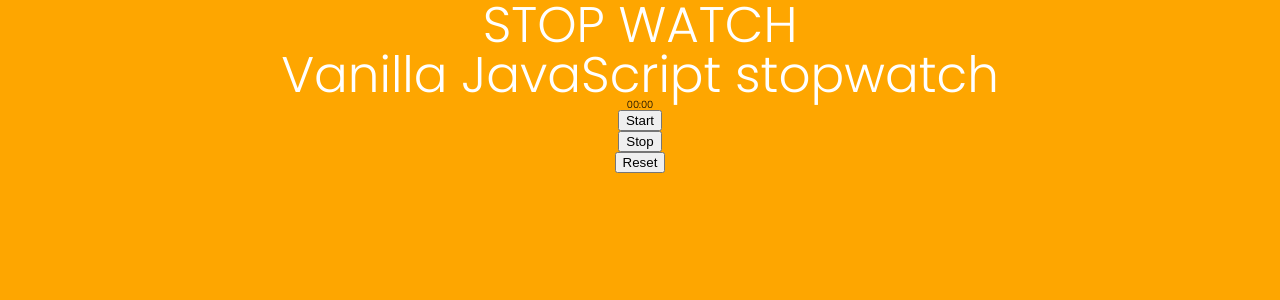
Repository: minhvtQA/stopwatch
Page: index.html
The author's editor kept a copy of each file at every save. The page is drawn from the files as they stood at one save, then again after the next save.
The browser window is 1280 px wide. The pictures show the whole page.

Above is the page before, as saved 2021-11-04 07:06:42.

### index.html
<!DOCTYPE html>
<html lang="en">
<head>
    <meta charset="UTF-8">
    <meta http-equiv="X-UA-Compatible" content="IE=edge">
    <meta name="viewport" content="width=device-width, initial-scale=1.0">
    <title>Document</title>

    <link rel="stylesheet" href="reset.css">
    <link rel="stylesheet" href="styles.css">
    <link href="https://fonts.googleapis.com/css2?family=Poppins:wght@100;300;700&display=swap" rel="stylesheet">
    <link rel="stylesheet" href="https://cdnjs.cloudflare.com/ajax/libs/font-awesome/6.0.0-beta2/css/all.min.css" integrity="sha512-YWzhKL2whUzgiheMoBFwW8CKV4qpHQAEuvilg9FAn5VJUDwKZZxkJNuGM4XkWuk94WCrrwslk8yWNGmY1EduTA==" crossorigin="anonymous" referrerpolicy="no-referrer" />
    <script src=""></script>
</head>
<body>
    <div class="wrapper">
        <h2>STOP WATCH</h2>
        <h2>Vanilla JavaScript stopwatch</h2>
        <p><span class="second">00</span>:<span class="tens">00</span></p>
        <button id="button-start">Start</button>
        <button id="button-stop">Stop</button>
        <button id="button-reset">Reset</button>
    </div>

</body>
</html>

### styles.css
html {
  font-size: 62.5%;
  font-family: "Poppins", sans-serif;
}

body {
  background-color: #fea600;
}

.wrapper {
  display: flex;
  flex-direction: column;
  align-items: center;
  justify-content: center;
}
h2 {
  color: white;
  font-size: 5rem;
}

Loaded but not shown: reset.css (common file)

After the next save:
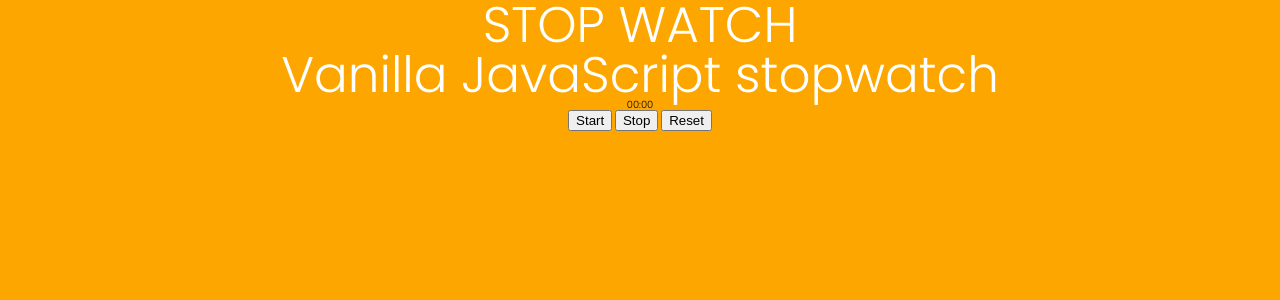
Saved 43 s later.
--- a/index.html
+++ b/index.html
@@ -17,9 +17,11 @@
         <h2>STOP WATCH</h2>
         <h2>Vanilla JavaScript stopwatch</h2>
         <p><span class="second">00</span>:<span class="tens">00</span></p>
-        <button id="button-start">Start</button>
-        <button id="button-stop">Stop</button>
-        <button id="button-reset">Reset</button>
+        <div class="buttons">
+            <button id="button-start">Start</button>
+            <button id="button-stop">Stop</button>
+            <button id="button-reset">Reset</button>
+        </div>
     </div>
 
 </body>
